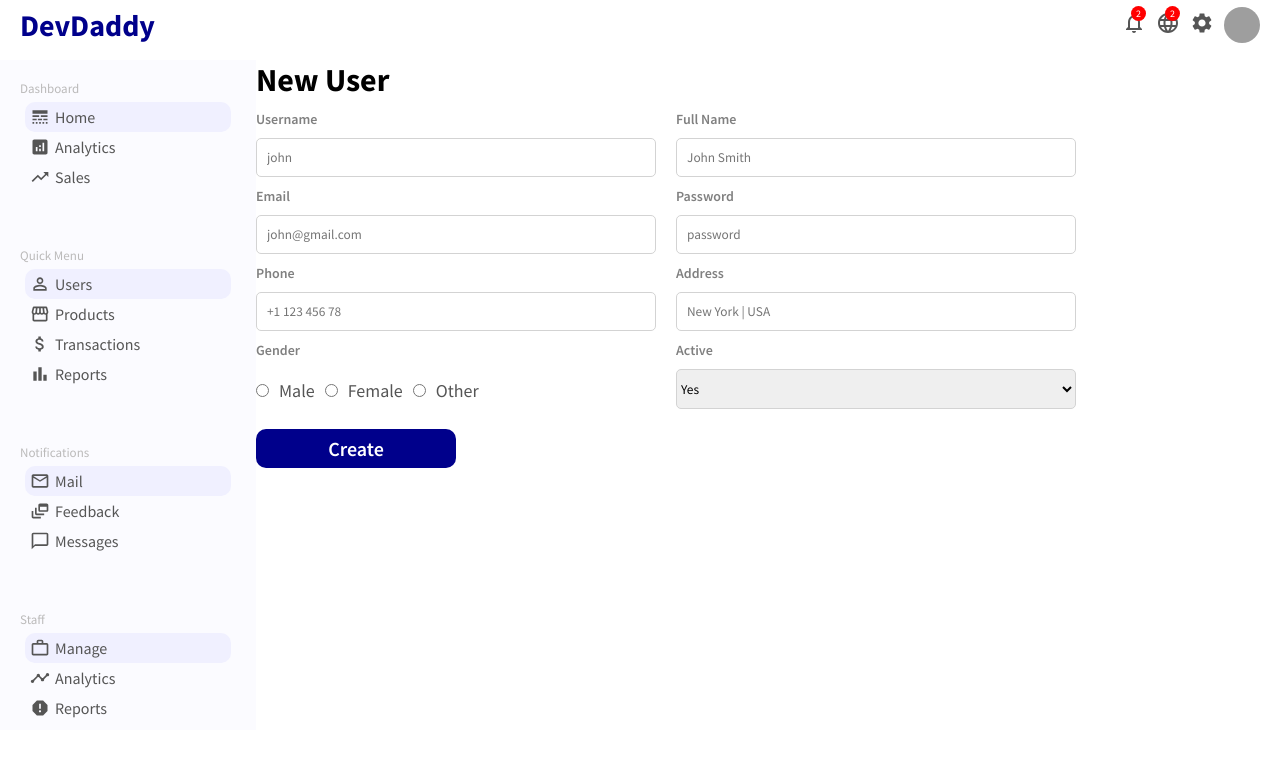
Repository: Marhamat92/react-admin-dashboard
Page: /newUser
These files come from the project's save history. The page is drawn as it stood at one moment and after the next save; the edit follows.
The browser window is 1280 px wide. The pictures show the whole page.
Pictures or frames that could not be fetched are drawn as grey boxes. The project was rebuilt for these pictures with package versions that can differ from the ones it lists, and the page was loaded fresh each time. Also part of the build but not shown: src/pages/home/home.scss, src/components/featuredInfo/featuredInfo.scss, src/components/featuredInfo/FeaturedInfo.js, src/components/chart/chart.scss, src/components/chart/Chart.js, src/data/userData.js, src/components/widgetSm/widgetSm.scss, src/components/widgetSm/WidgetSm.js and 8 more.

Above is the page before, as saved 2023-02-13 14:48:51.

### public/index.html
<!DOCTYPE html>
<html lang="en">

<head>
  <meta charset="utf-8" />
  <link rel="icon" href="%PUBLIC_URL%/favicon.ico" />
  <meta name="viewport" content="width=device-width, initial-scale=1" />
  <meta name="theme-color" content="#000000" />
  <meta name="description" content="Web site created using create-react-app" />
  <link rel="apple-touch-icon" href="%PUBLIC_URL%/logo192.png" />
  <link rel="preconnect" href="https://fonts.googleapis.com">
  <link rel="preconnect" href="https://fonts.gstatic.com" crossorigin>
  <link href="https://fonts.googleapis.com/css2?family=Source+Sans+Pro:wght@200;300;400;600;700;900&display=swap"
    rel="stylesheet">
  <!--
      manifest.json provides metadata used when your web app is installed on a
      user's mobile device or desktop. See https://developers.google.com/web/fundamentals/web-app-manifest/
    -->
  <link rel="manifest" href="%PUBLIC_URL%/manifest.json" />
  <!--
      Notice the use of %PUBLIC_URL% in the tags above.
      It will be replaced with the URL of the `public` folder during the build.
      Only files inside the `public` folder can be referenced from the HTML.

      Unlike "/favicon.ico" or "favicon.ico", "%PUBLIC_URL%/favicon.ico" will
      work correctly both with client-side routing and a non-root public URL.
      Learn how to configure a non-root public URL by running `npm run build`.
    -->
  <style>
    * {
      font-family: 'Source Sans Pro', sans-serif;
      margin: 0;

    }
  </style>
  <title>DevDaddy Admin Dashboard</title>
</head>

<body>
  <noscript>You need to enable JavaScript to run this app.</noscript>
  <div id="root"></div>
  <!--
      This HTML file is a template.
      If you open it directly in the browser, you will see an empty page.

      You can add webfonts, meta tags, or analytics to this file.
      The build step will place the bundled scripts into the <body> tag.

      To begin the development, run `npm start` or `yarn start`.
      To create a production bundle, use `npm run build` or `yarn build`.
    -->
</body>

</html>

### src/index.js
import React from 'react';
import ReactDOM from 'react-dom/client';
import App from './App';
import { BrowserRouter } from "react-router-dom";


const root = ReactDOM.createRoot(document.getElementById('root'));
root.render(
  <BrowserRouter>
    <App />
  </BrowserRouter>

);

### src/App.js
import Topbar from "./components/Topbar/Topbar";
import Sidebar from "./components/sidebar/Sidebar";
import "./app.scss";
import Home from "./pages/home/Home";
import UserList from "./pages/userList/UserList";
import User from "./pages/user/User";
import NewUser from "./pages/newUser/NewUser";
import {
  Routes,
  Route,
  Link,
} from "react-router-dom";



function App() {
  return (
    <>
      <Topbar />
      <div className="container">
        <Sidebar />
        <Routes>
          <Route path="/" element={<Home />} />
          <Route path="/users" element={<UserList />} />
          <Route path="/newUser" element={<NewUser />} />
          <Route path="/user/:userId" element={<User />} />
        </Routes>
      </div>
    </>

  );
}

export default App;

### src/components/Topbar/Topbar.jsx
import React from 'react'
import "./topbar.scss"
import { Language, NotificationsNone, Settings } from '@mui/icons-material'

function Topbar() {
  return (
    <div className="topbar" >
       <div className='topbarWrapper' >
          <div className='topLeft' >
            <span className='logo'>DevDaddy</span>
          </div>
          <div className='topRight' >
             <div className='topbarIconContainer' >
               <NotificationsNone/>
                <span className='topIconBadge'>2</span>
             </div>
             <div className='topbarIconContainer' >
               <Language/>
                <span className='topIconBadge'>2</span>
             </div>
             <div className='topbarIconContainer' >
               <Settings/>
             </div>
             <img className='topAvatar' src='https://i.pinimg.com/originals/99/ee/d8/99eed8642bbb66a71d0f1677d18a2587.jpg' alt="jack sheperd" />
          </div>
       </div>
    </div>
  )
}

export default Topbar

### src/components/sidebar/Sidebar.js
import React from 'react'
import './sidebar.scss'
import { Analytics, AttachMoney, ChatBubbleOutline, DynamicFeed, LineStyle, MailOutline, PermIdentity, Report, Storefront, Timeline, TrendingUp, WorkOutline, BarChart } from '@mui/icons-material'



function Sidebar() {
  return (
    <div className='sidebar'>
      <div className='sidebarWrapper'>
        <div className='sidebarMenu' >
          <div className='sidebarTitle'>
            Dashboard
          </div>
          <ul className='sidebarList'>
            <li className='sidebarListItem active'>
              <LineStyle className='sidebarIcon' />
              Home
            </li>
            <li className='sidebarListItem'>
              <Analytics className='sidebarIcon' />
              Analytics
            </li>
            <li className='sidebarListItem'>
              <TrendingUp className='sidebarIcon' />
              Sales
            </li>
          </ul>
        </div>
      </div>

      <div className='sidebarWrapper'>
        <div className='sidebarMenu' >
          <div className='sidebarTitle'>
            Quick Menu
          </div>
          <ul className='sidebarList'>
            <li className='sidebarListItem active'>
              <PermIdentity className='sidebarIcon' />
              Users
            </li>
            <li className='sidebarListItem'>
              <Storefront className='sidebarIcon' />
              Products
            </li>
            <li className='sidebarListItem'>
              <AttachMoney className='sidebarIcon' />
              Transactions
            </li>
            <li className='sidebarListItem'>
              <BarChart className='sidebarIcon' />
              Reports
            </li>
          </ul>
        </div>
      </div>

      <div className='sidebarWrapper'>
        <div className='sidebarMenu' >
          <div className='sidebarTitle'>
            Notifications
          </div>
          <ul className='sidebarList'>
            <li className='sidebarListItem active'>
              <MailOutline className="sidebarIcon" />
              Mail
            </li>
            <li className='sidebarListItem'>
              <DynamicFeed className="sidebarIcon" />
              Feedback
            </li>
            <li className='sidebarListItem'>
              <ChatBubbleOutline className="sidebarIcon" />
              Messages
            </li>
          </ul>
        </div>
      </div>

      <div className='sidebarWrapper'>
        <div className='sidebarMenu' >
          <div className='sidebarTitle'>
            Staff
          </div>
          <ul className='sidebarList'>
            <li className='sidebarListItem active'>
              <WorkOutline className="sidebarIcon" />
              Manage
            </li>
            <li className='sidebarListItem'>
              <Timeline className="sidebarIcon" />
              Analytics
            </li>
            <li className='sidebarListItem'>
              <Report className="sidebarIcon" />
              Reports
            </li>
          </ul>
        </div>
      </div>
    </div>
  )
}

export default Sidebar

### src/app.scss
.container {
  display:flex;
  margin-top: 10px;
}

### src/pages/newUser/NewUser.js
import React from 'react'
import './newUser.scss'

function NewUser() {
  return (
    <div className='newUser' >
      <h1 className='newUserTitle' >New User</h1>
      <form className='newUserForm' >
        <div className='newUserItem' >
          <label>Username</label>
          <input type='text' placeholder='john' />
        </div>
        <div className='newUserItem' >
          <label>Full Name</label>
          <input type='text' placeholder='John Smith' />
        </div>
        <div className='newUserItem' >
          <label>Email</label>
          <input type='email' placeholder='john@gmail.com' />
        </div>
        <div className='newUserItem' >
          <label>Password</label>
          <input type='password' placeholder='password' />
        </div>
        <div className='newUserItem' >
          <label>Phone</label>
          <input type='text' placeholder='+1 123 456 78' />
        </div>
        <div className='newUserItem' >
          <label>Address</label>
          <input type='text' placeholder='New York | USA' />
        </div>
        <div className='newUserItem' >
          <label>Gender</label>
          <div className='newUserGender' >
            <input type="radio" name="gender" id="male" value="male" />
            <label for="male">Male</label>
            <input type="radio" name="gender" id="female" value="female" />
            <label for="female">Female</label>
            <input type="radio" name="gender" id="other" value="other" />
            <label for="other">Other</label>
          </div>
        </div>
        <div className='newUserItem' >
          <label>Active</label>
          <select className='newUserSelect' name='active' id='active' >
            <option value='yes' >Yes</option>
            <option value='no' >No</option>
          </select>
        </div>
        <div className='buttonItem' >
          <button className='newUserButton' >Create</button>
        </div>
      </form>
    </div>
  )
}

export default NewUser

### src/components/Topbar/topbar.scss
.topbar{
  width:100%;
  height: 50px;
  background-color: white;
  position: sticky;
  top:0;
  z-index: 999;
}

.topbarWrapper{
  height: 100%;
  padding: 0px 20px;
  display: flex;
  align-items: center;
  justify-content: space-between;
}

.logo{
  font-weight:bold;
  font-size: 30px;
  color:darkblue;
  cursor: pointer;
}

.topRight{
  display:flex;
  align-items: center;
}

.topbarIconContainer{
  position:relative;
  cursor: pointer;
  margin-right:10px;
  color:#555;
}

.topIconBadge{
  width: 15px;
  height: 15px;
  display: flex;
  align-items: center;
  justify-content: center;
  position:absolute;
  top:-5px;
  right:0px;
  background-color: red;
  color:white;
  border-radius: 50%;
  font-size: 10px;
}

.topAvatar{
  width: 36px;
  height: 36px;
  border-radius: 50%;
  object-fit: cover;
  cursor: pointer;
}

### src/components/sidebar/sidebar.scss
.sidebar{
  flex:1;
  height:calc(100vh - 50px);
  background-color: rgb(251,251,255);
  position: sticky;
  top: 50px;
  align-self: flex-start;

}

.sidebarWrapper{
  padding: 20px;
  color:#555;
}

.sidebarMenu{
  margin-bottom:10px;
}

.sidebarTitle{
  font-size: 13px;
  color:rgb(187,186,186);
}

.sidebarList{
  list-style: none;
  padding:5px;
}

.sidebarListItem{
  padding:5px;
  cursor:pointer;
  display:flex;
  align-items:center;
  border-radius: 10px;
}

.sidebarListItem.active,
.sidebarListItem:hover{
  background-color: rgb(240,240,255);
}

.sidebarIcon{
  margin-right: 5px;
  font-size: 20px !important;
}

### src/pages/newUser/newUser.scss
.newUser{
  flex:4;
}

.newUserForm{
  display: flex;
  flex-wrap:wrap;
}

.newUserItem{
  width:400px;
  display: flex;
  flex-direction: column;
  margin-top: 10px;
  margin-right:20px;
}

.newUserItem>label{
  font-weight: 600;
  margin-bottom: 10px;
  font-size: 14px;
  color:gray;
}

.newUserItem>input{
  padding: 10px;
  border: 1px solid lightgray;
  border-radius: 5px;
}

.newUserGender>input{
  margin-top: 15px;

}

.newUserGender>label{
  margin: 10px;
  font-size: 18px;
  color: #555;
}

.newUserSelect{
  height: 40px;
  border-radius:5px;
  border: 1px solid lightgray;
}

.newUserButton{
  width: 200px;
  border: none;
  background-color: darkblue;
  color: white;
  font-weight: 600;
  padding: 7px 10px;
  border-radius: 10px;
  cursor: pointer;
  margin-top: 20px;
  font-size: 20px;

}

After the next save:
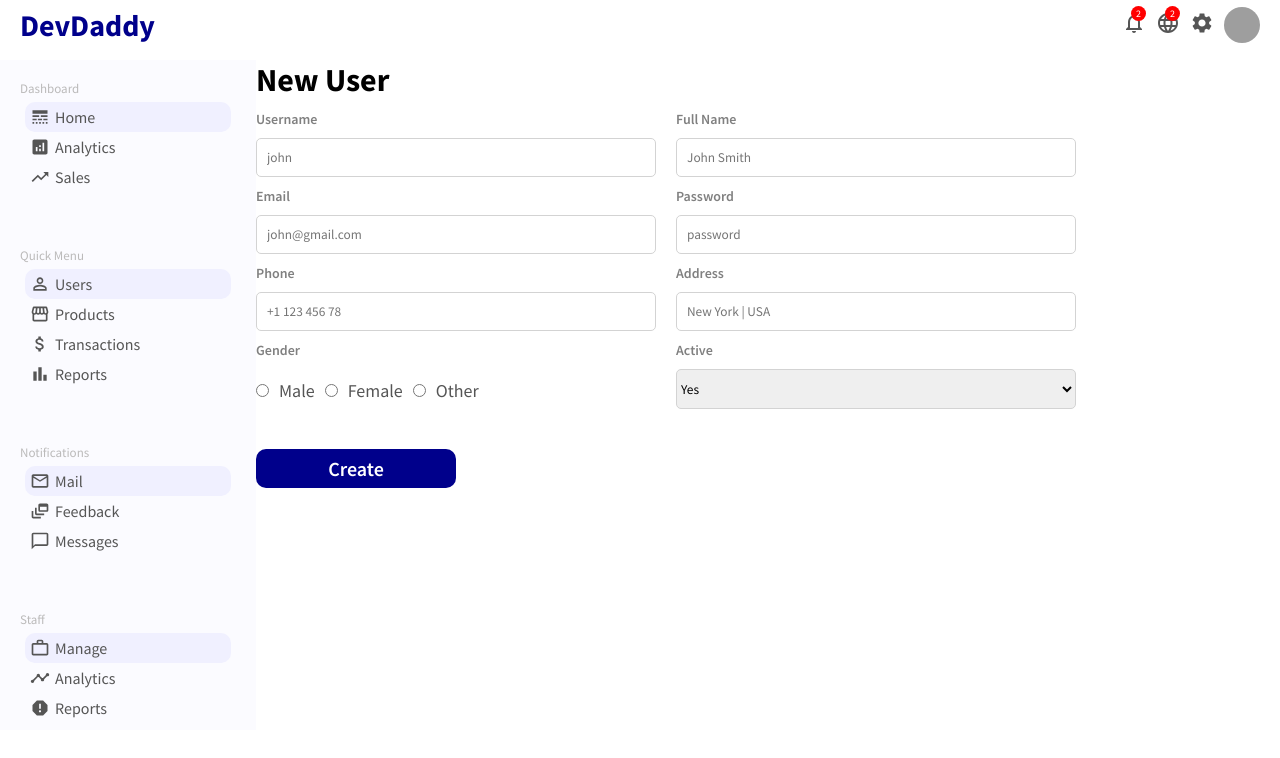
Saved 36 s later.
--- a/src/pages/newUser/newUser.scss
+++ b/src/pages/newUser/newUser.scss
@@ -56,5 +56,10 @@
   cursor: pointer;
   margin-top: 20px;
   font-size: 20px;
+}
 
+.buttonItem{
+  display: flex;
+  width: 100%;
+  margin-top: 20px;
 }

After the save that followed:
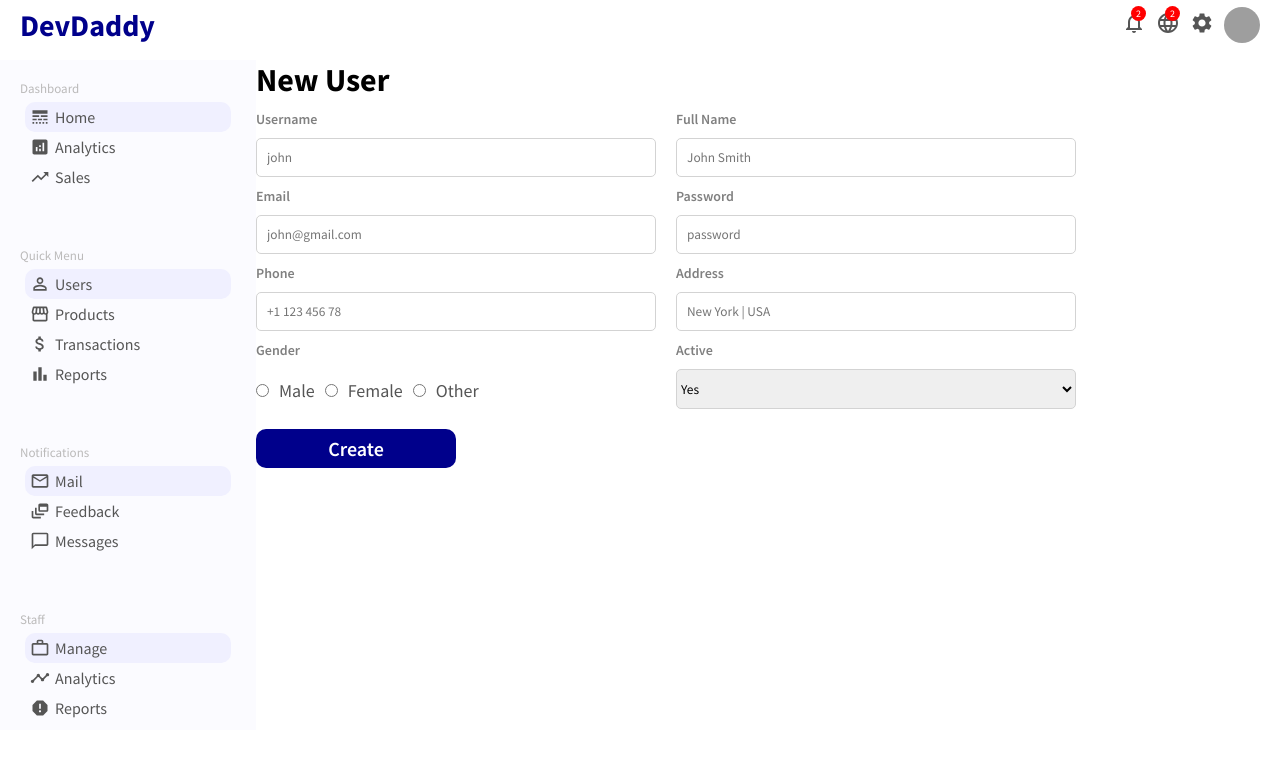
Saved 23 s later.
--- a/src/pages/newUser/newUser.scss
+++ b/src/pages/newUser/newUser.scss
@@ -54,7 +54,7 @@
   padding: 7px 10px;
   border-radius: 10px;
   cursor: pointer;
-  margin-top: 20px;
+
   font-size: 20px;
 }
 
